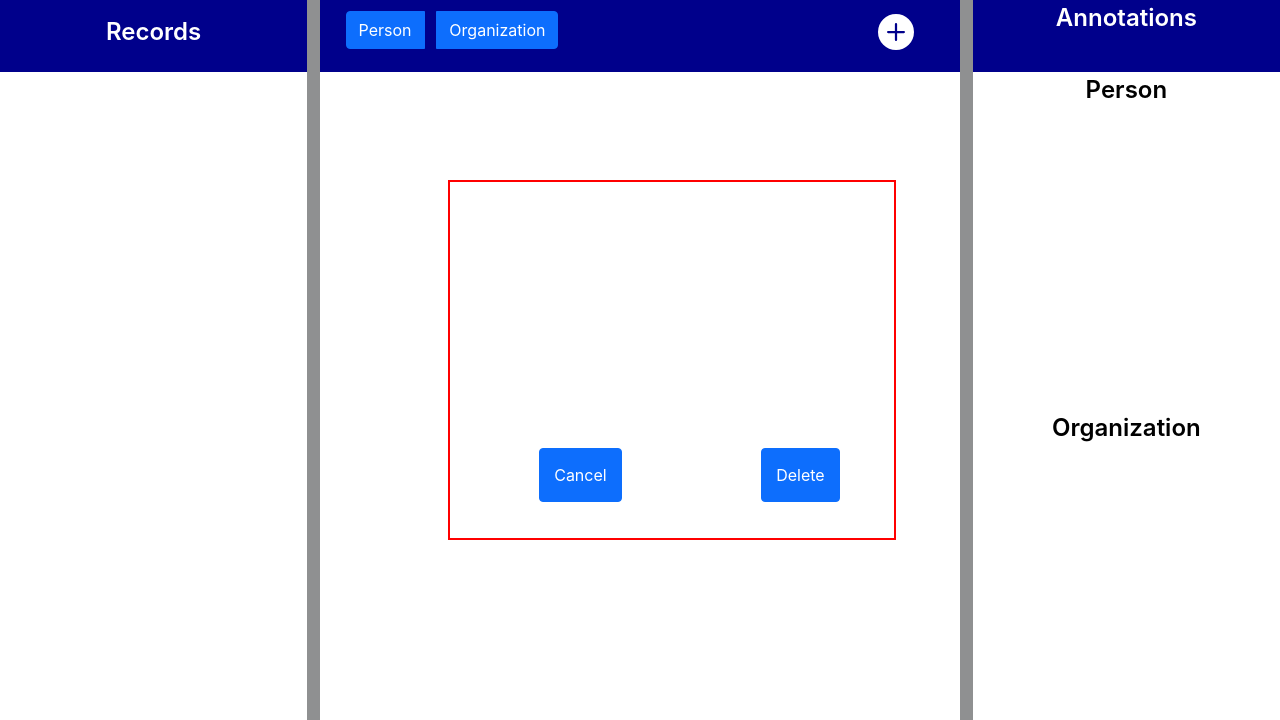
Repository: napan24/classforma_assignment
Page: / (app in client/)
These files come from the project's save history. The page is drawn as it stood at one moment and after the next save; the edit follows.
The browser window is 1280 px wide. The pictures show the whole page.
The project was rebuilt for these pictures with package versions that can differ from the ones it lists, and the page was loaded fresh each time. Also part of the build but not shown: client/src/App.css.

Above is the page before, as saved 2022-07-20 16:42:25.

### client/public/index.html
<!DOCTYPE html>
<html lang="en">
  <head>
    <meta charset="utf-8" />
    <link rel="icon" href="%PUBLIC_URL%/favicon.ico" />
    <meta name="viewport" content="width=device-width, initial-scale=1" />
    <meta name="theme-color" content="#000000" />
    <meta
      name="description"
      content="Web site created using create-react-app"
    />
    <link href="https://cdn.jsdelivr.net/npm/bootstrap@5.1.3/dist/css/bootstrap.min.css" rel="stylesheet" integrity="sha384-1BmE4kWBq78iYhFldvKuhfTAU6auU8tT94WrHftjDbrCEXSU1oBoqyl2QvZ6jIW3" crossorigin="anonymous">
    <link rel="apple-touch-icon" href="%PUBLIC_URL%/logo192.png" />
    <!--
      manifest.json provides metadata used when your web app is installed on a
      user's mobile device or desktop. See https://developers.google.com/web/fundamentals/web-app-manifest/
    -->
    <link rel="manifest" href="%PUBLIC_URL%/manifest.json" />
    <!--
      Notice the use of %PUBLIC_URL% in the tags above.
      It will be replaced with the URL of the `public` folder during the build.
      Only files inside the `public` folder can be referenced from the HTML.

      Unlike "/favicon.ico" or "favicon.ico", "%PUBLIC_URL%/favicon.ico" will
      work correctly both with client-side routing and a non-root public URL.
      Learn how to configure a non-root public URL by running `npm run build`.
    -->
    <title>React App</title>
  </head>
  <body>
    <noscript>You need to enable JavaScript to run this app.</noscript>
    <div id="root"></div>
    <!--
      This HTML file is a template.
      If you open it directly in the browser, you will see an empty page.

      You can add webfonts, meta tags, or analytics to this file.
      The build step will place the bundled scripts into the <body> tag.

      To begin the development, run `npm start` or `yarn start`.
      To create a production bundle, use `npm run build` or `yarn build`.
    -->
    <script src="https://cdn.jsdelivr.net/npm/bootstrap@5.1.3/dist/js/bootstrap.bundle.min.js" integrity="sha384-ka7Sk0Gln4gmtz2MlQnikT1wXgYsOg+OMhuP+IlRH9sENBO0LRn5q+8nbTov4+1p" crossorigin="anonymous"></script>
  </body>
</html>

### client/src/App.js
import logo from './logo.svg';
import './App.css';
import Home from './Home';

function App() {
  return (
    <>
      <Home></Home>
    </>
  );
}

export default App;

### client/src/Home.js
'strict origin'
import React, { useState, useEffect } from 'react'
const Home = () => {
    const [textField, setTextField] = useState();
    const [person, setPerson] = useState();
    const [place, setPlace] = useState();
    const [personName, setPersonName] = useState(['']);
    const [placeName, setPlaceName] = useState(['']);
    useEffect(() => {
        if (textField) {
            trending();
        }
    }, [textField])
    const trending = async () => {
        const res = await fetch("/", {
            method: 'POST',
            headers: {
                "Content-Type": "application/json"
            },
            body: JSON.stringify({ textField })
        });
        const result = await res.json();
        console.log(result);
        setPerson(result.filter((arr) => arr.type == 'Person'));
        setPlace(result.filter((arr) => arr.type[0] == 'Place' || arr.type[0] == 'PopulatedPlace' || arr.type[0] == 'Settlement' || arr.type[0] == 'City'));
    };
    useEffect(() => {
        setPersonName(['']);
        if (person) {
            person.forEach(function (arrayItem) {
                setPersonName(curr => [...curr, arrayItem.entityId]);
            });
        }
    }, [person])
    useEffect(() => {
        setPlaceName(['']);
        if (place) {
            console.log(place);
            place.forEach(function (arrayItem) {
                setPlaceName(curr => [...curr, arrayItem.entityId]);
            });
        }
    }, [place])
    const showFile = async (e) => {
        e.preventDefault()
        const reader = new FileReader()
        reader.onload = async (e) => {
            const text = (e.target.result)
            setTextField(text);
        };
        reader.readAsText(e.target.files[0])
    }
    function replace(e) {
        var data = e.currentTarget.parentElement.querySelector('.userName').innerHTML;
        setTextField(textField.replace(data, ''));
    }
    return (
        <>
            <div style={{ height: "50vh", width: "35vw", backgroundColor: "white", position: "absolute", zIndex: '2', left: "35%", top: "25%", border: "2px solid red" }}>
                <button type="button" class="btn btn-primary" style={{ marginRight: "1vw",position:"absolute",bottom:"10%",left:"20%",padding:"2vh" }}>Cancel</button>
                <button style={{ marginRight: "1vw",position:"absolute",bottom:"10%",left:"70%",padding:"2vh" }} type="button" class="btn btn-primary">Delete</button>
            </div>
            <div style={{ display: 'flex', width: "100vw", height: "100vh", backgroundColor: "#8f9091", overflow: "hidden" }}>
                <div style={{ width: "24vw", height: "100vh", backgroundColor: "white", marginRight: "1vw" }}>
                    <div style={{ width: "24vw", height: "10vh", backgroundColor: "#00008b", textAlign: 'center', fontSize: '150%', color: "white", fontWeight: "600", position: "fixed" }}>
                        <p style={{ marginTop: "2vh" }}>
                            Records
                        </p>
                    </div>
                    <div>

                    </div>
                </div>
                <div style={{ width: "50vw", height: "100vh", backgroundColor: "white", marginRight: "1vw", overflowY: "unset" }}>
                    <div style={{ width: "50vw", height: "10vh", backgroundColor: "#00008b", position: 'relative', overflowY: 'hidden' }}>
                        <div class="btn-group" style={{ marginTop: "1.5vh", marginLeft: "2vw" }}>
                            <button type="button" class="btn btn-primary" style={{ marginRight: "1vw" }}>Person</button>
                            <button type="button" class="btn btn-primary">Organization</button>
                        </div>
                        <label for="file">
                            <svg style={{ width: "20%", height: "50%", position: "absolute", right: "0", top: "2vh", color: "white" }} xmlns="http://www.w3.org/2000/svg" fill="currentColor" class="bi bi-plus-circle-fill" viewBox="0 0 16 16">
                                <path d="M16 8A8 8 0 1 1 0 8a8 8 0 0 1 16 0zM8.5 4.5a.5.5 0 0 0-1 0v3h-3a.5.5 0 0 0 0 1h3v3a.5.5 0 0 0 1 0v-3h3a.5.5 0 0 0 0-1h-3v-3z" />
                            </svg>
                        </label>
                        <input type="file" id="file" onChange={(e) => showFile(e)} style={{ display: "none" }} />
                    </div>
                    <div style={{ width: "48vw", height: "85vh", marginLeft: "2vw", marginTop: "5vh", overflowY: "scroll" }}>
                        {textField}
                    </div>
                </div>
                <div style={{ width: "24vw", height: "100vh", backgroundColor: "white" }}>
                    <div style={{ width: "24vw", height: "10vh", backgroundColor: "#00008b", textAlign: 'center', fontSize: '150%', color: "white", fontWeight: "600" }}>
                        <p>
                            Annotations
                        </p>
                    </div>
                    <div style={{ width: "24vw", height: "5vh", backgroundColor: "white", textAlign: 'center', fontSize: '150%', color: "black", fontWeight: "600", marginBottom: "2vh" }}>
                        <p>
                            Person
                        </p>
                    </div>
                    <div style={{ maxWidth: "24vw", height: "40vh", backgroundColor: "white", textAlign: 'center', fontSize: '150%', color: "black", fontWeight: "600", zIndex: "2", overflowY: "scroll", overflowX: "hidden" }}>
                        {personName && personName.map((user) => (
                            user.length > 0 && <div style={{ width: "24vw", color: "black", height: "3vh", fontSize: "2vh", position: 'relative', borderBottom: '1px solid black' }}>
                                <span className='userName' style={{ width: "12vw" }}>
                                    {user}
                                </span>
                                <svg onClick={(e) => { replace(e) }} style={{ width: "3.5vw", height: "3.5vh", position: 'absolute', right: "0vw", top: "0vh" }} xmlns="http://www.w3.org/2000/svg" style={{ height: "3vh", width: "2vw", color: 'red' }} fill="currentColor" class="bi bi-x" viewBox="0 0 16 16">
                                    <path d="M4.646 4.646a.5.5 0 0 1 .708 0L8 7.293l2.646-2.647a.5.5 0 0 1 .708.708L8.707 8l2.647 2.646a.5.5 0 0 1-.708.708L8 8.707l-2.646 2.647a.5.5 0 0 1-.708-.708L7.293 8 4.646 5.354a.5.5 0 0 1 0-.708z" />
                                </svg>
                            </div>
                        ))}
                    </div>
                    <div style={{ width: "24vw", height: "5vh", backgroundColor: "white", textAlign: 'center', fontSize: '150%', color: "black", fontWeight: "600", marginBottom: "2vh" }}>
                        <p>
                            Organization
                        </p>
                    </div>
                    <div style={{ width: "24vw", height: "40vh", backgroundColor: "white", textAlign: 'center', fontSize: '150%', color: "black", fontWeight: "600", overflowY: "scroll" }}>
                        {placeName && placeName.map((user) => (
                            user.length > 0 && <div style={{ width: "24vw", color: "black", height: "3vh", fontSize: "2vh", position: 'relative', borderBottom: '1px solid black' }}>
                                <span className='userName' style={{ width: "12vw" }}>
                                    {user}
                                </span>
                                <svg onClick={(e) => { replace(e) }} style={{ width: "3.5vw", height: "3.5vh", position: 'absolute', right: "0vw", top: "0vh" }} xmlns="http://www.w3.org/2000/svg" style={{ height: "3vh", width: "2vw", color: 'red' }} fill="currentColor" class="bi bi-x" viewBox="0 0 16 16">
                                    <path d="M4.646 4.646a.5.5 0 0 1 .708 0L8 7.293l2.646-2.647a.5.5 0 0 1 .708.708L8.707 8l2.647 2.646a.5.5 0 0 1-.708.708L8 8.707l-2.646 2.647a.5.5 0 0 1-.708-.708L7.293 8 4.646 5.354a.5.5 0 0 1 0-.708z" />
                                </svg>
                            </div>
                        ))}
                    </div>
                </div>
            </div>
        </>
    )
}

export default Home

Loaded but not shown: client/src/index.js (common file); client/src/index.css (common file); client/src/reportWebVitals.js (common file)

After the next save:
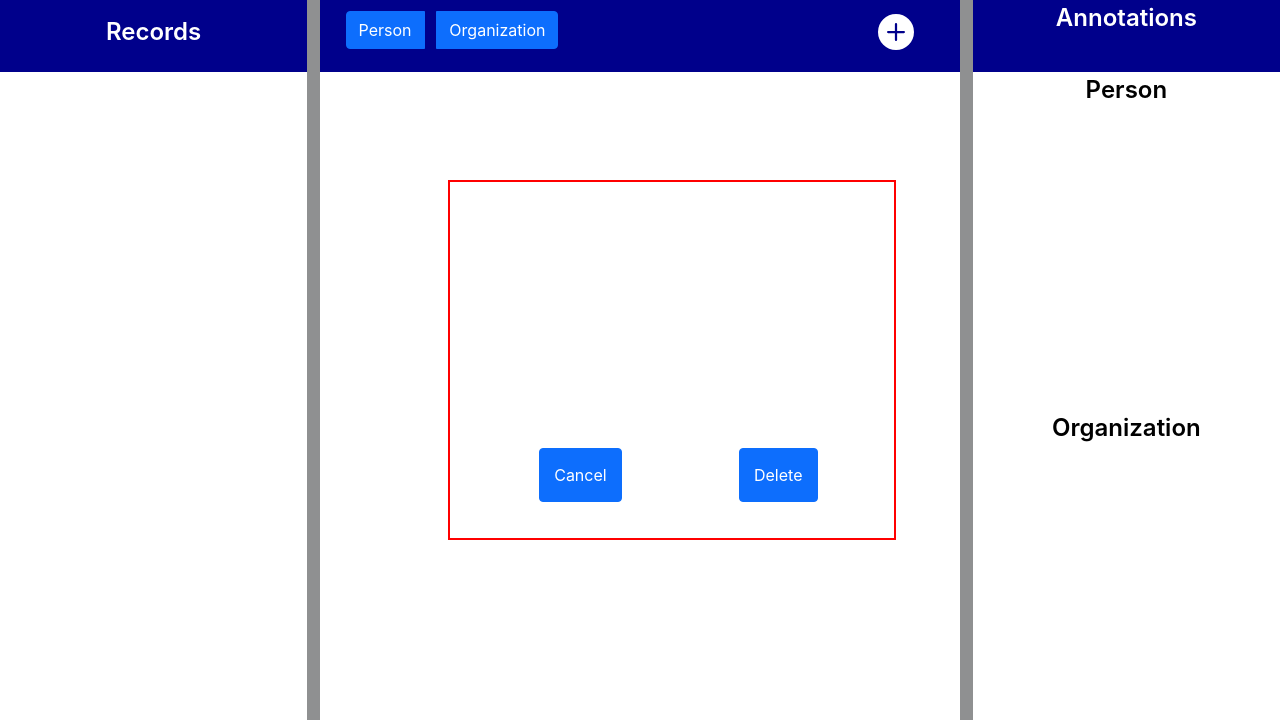
Saved 5 s later.
--- a/client/src/Home.js
+++ b/client/src/Home.js
@@ -58,7 +58,7 @@ const Home = () => {
         <>
             <div style={{ height: "50vh", width: "35vw", backgroundColor: "white", position: "absolute", zIndex: '2', left: "35%", top: "25%", border: "2px solid red" }}>
                 <button type="button" class="btn btn-primary" style={{ marginRight: "1vw",position:"absolute",bottom:"10%",left:"20%",padding:"2vh" }}>Cancel</button>
-                <button style={{ marginRight: "1vw",position:"absolute",bottom:"10%",left:"70%",padding:"2vh" }} type="button" class="btn btn-primary">Delete</button>
+                <button style={{ marginRight: "1vw",position:"absolute",bottom:"10%",left:"65%",padding:"2vh" }} type="button" class="btn btn-primary">Delete</button>
             </div>
             <div style={{ display: 'flex', width: "100vw", height: "100vh", backgroundColor: "#8f9091", overflow: "hidden" }}>
                 <div style={{ width: "24vw", height: "100vh", backgroundColor: "white", marginRight: "1vw" }}>
